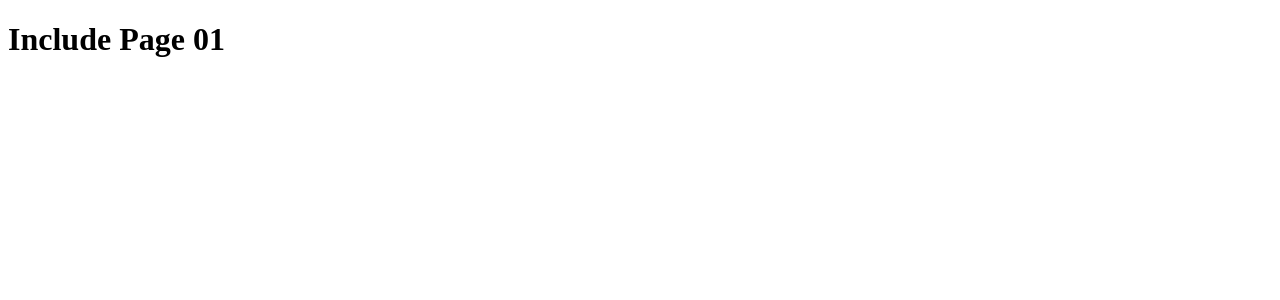
Repository: usonihs/StudyX
Page: http://localhost/JSP/Include_01.jsp
An editor plug-in stored every save of this project. The page is shown before and after the next save, followed by the edit.
The browser window is 1280 px wide. The pictures show the whole page.
The page is served by Tomcat 9.

Above is the page before, as saved 2022-10-20 01:36:38.

After the next save:
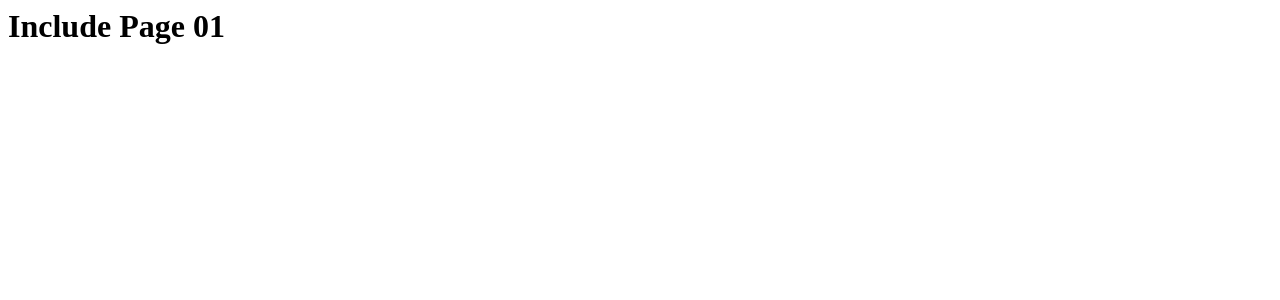
Saved 3 min 6 s later.
--- a/JSP/JSP/src/main/webapp/Include_01.jsp
+++ b/JSP/JSP/src/main/webapp/Include_01.jsp
@@ -1,12 +1 @@
-<%@ page language="java" contentType="text/html; charset=UTF-8"
-    pageEncoding="UTF-8"%>
-<!DOCTYPE html>
-<html>
-<head>
-<meta charset="UTF-8">
-<title>Include 01</title>
-</head>
-<body>
 	<h1>Include Page 01</h1>
-</body>
-</html>
